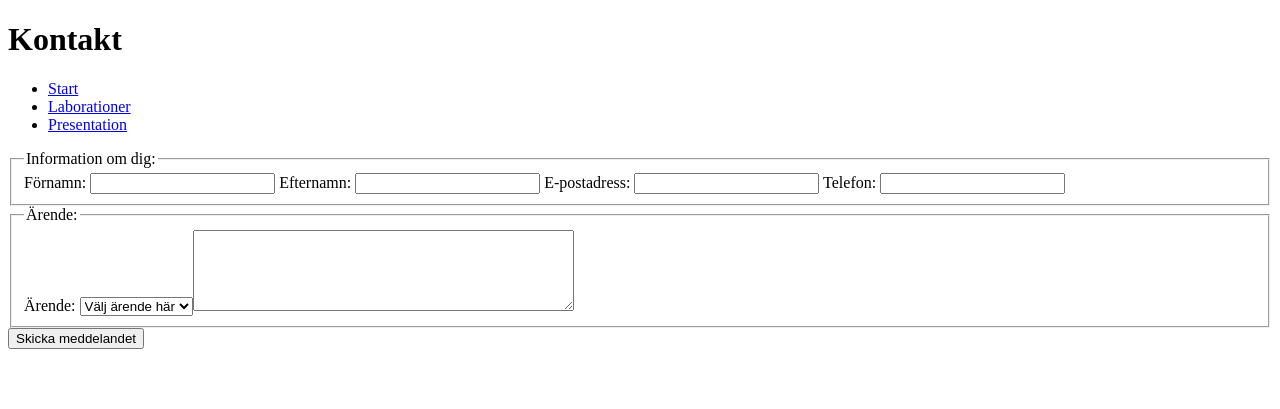
Repository: Martin-Carlsson85/HTML-och-CSS
Page: pages/kontakt.html
The author's editor kept a record of every edit. The page is drawn from the files as they stood at one moment, then again after the next edit.
The browser window is 1280 px wide. The pictures show the whole page.

Above is the page before.

### pages/kontakt.html
<!doctype html>
<html lang="sv">
    <head>
        <meta charset="utf-8" />

        <title>Kontakt</title>

    </head>

<h1>Kontakt</h1>

<ul>
    <li><a href="../index.html">Start</a></li>

    <li><a href="laborationer.html">Laborationer</a></li>

    <li><a href="presentation.html">Presentation</a></li>
</ul>

<form id="form" name="form" method="post" action="http://voyager.lnu.se/tekinet/kurser/dtt/wp_webbintro/form.php">

        <fieldset>
            <legend>Information om dig:</legend>

            Förnamn:
            <input type="text" name="fnamn" id="fnamn" />

            Efternamn:
            <input type="text" name="enamn" id="enamn" />

            E-postadress:
            <input type="text" name="epost" id="epost" />

            Telefon:
            <input type="text" name="epost" id="epost" />

        </fieldset>
        <fieldset>
            <legend>Ärende:</legend>
<label for="select">
Ärende:</label>

<select name="favoritarstid" id="favoritarstid">
<option> Välj ärende här </option>
<option value="var"> Synpunkter </option>
<option value="var"> Frågor </option>

Meddelande:
<textarea name="meddelande" id="meddelande" cols="45" rows="5"></textarea>

        </fieldset>

<input type="submit" name="skicka" id="skicka" value="Skicka meddelandet" />

</form>

After the next edit:
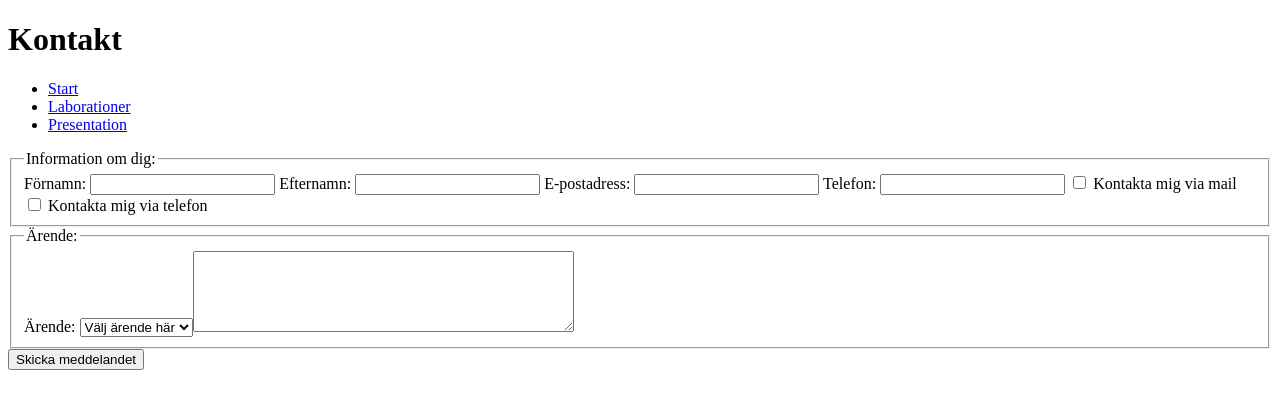
The edit:
--- a/pages/kontakt.html
+++ b/pages/kontakt.html
@@ -34,6 +34,12 @@
             Telefon:
             <input type="text" name="epost" id="epost" />
 
+            <input type="checkbox" name="favoritarstid" id="sommar" value="sommar"/>
+        <label for="sommar">Kontakta mig via mail</label>
+
+<input type="checkbox" name="favoritarstid" id="host" value="host"/>
+<label for="host">Kontakta mig via telefon</label>
+
         </fieldset>
         <fieldset>
             <legend>Ärende:</legend>
